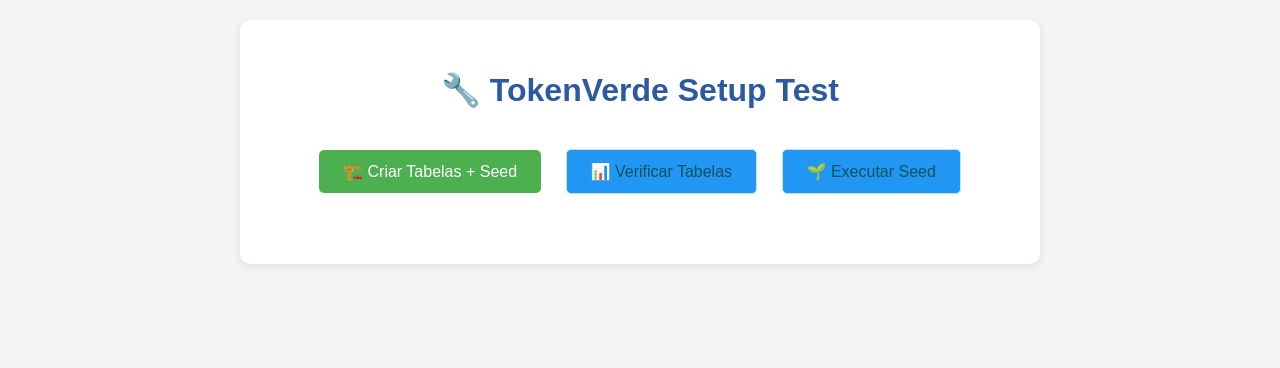
Repository: farukzahra/tokenverde
Page: test-setup.html
An editor plug-in stored every save of this project. The page is shown before and after the next save, followed by the edit.
The browser window is 1280 px wide. The pictures show the whole page.

Above is the page before, as saved 2025-07-29 15:58:49.

### test-setup.html
<!DOCTYPE html>
<html lang="pt-BR">
<head>
    <meta charset="UTF-8">
    <meta name="viewport" content="width=device-width, initial-scale=1.0">
    <title>TokenVerde Setup Test</title>
    <style>
        body {
            font-family: Arial, sans-serif;
            max-width: 800px;
            margin: 0 auto;
            padding: 20px;
            background-color: #f5f5f5;
        }
        .container {
            background: white;
            padding: 30px;
            border-radius: 10px;
            box-shadow: 0 2px 10px rgba(0,0,0,0.1);
        }
        h1 {
            color: #2c5aa0;
            text-align: center;
            margin-bottom: 30px;
        }
        .button {
            background: #4CAF50;
            color: white;
            padding: 12px 24px;
            border: none;
            border-radius: 5px;
            cursor: pointer;
            margin: 10px;
            font-size: 16px;
        }
        .button:hover {
            background: #45a049;
        }
        .button.danger {
            background: #f44336;
        }
        .button.danger:hover {
            background: #da190b;
        }
        .button.info {
            background: #2196F3;
        }
        .button.info:hover {
            background: #0b7dda;
        }
        .result {
            margin-top: 20px;
            padding: 15px;
            border-radius: 5px;
            white-space: pre-wrap;
            font-family: monospace;
            font-size: 14px;
        }
        .success {
            background: #d4edda;
            border: 1px solid #c3e6cb;
            color: #155724;
        }
        .error {
            background: #f8d7da;
            border: 1px solid #f5c6cb;
            color: #721c24;
        }
        .info {
            background: #d1ecf1;
            border: 1px solid #bee5eb;
            color: #0c5460;
        }
    </style>
</head>
<body>
    <div class="container">
        <h1>🔧 TokenVerde Setup Test</h1>

        <div style="text-align: center; margin-bottom: 30px;">
            <button class="button" onclick="createTables()">🏗️ Criar Tabelas + Seed</button>
            <button class="button info" onclick="checkTables()">📊 Verificar Tabelas</button>
            <button class="button info" onclick="runSeed()">🌱 Executar Seed</button>
        </div>

        <div id="result"></div>
    </div>

    <script>
        const API_BASE = 'https://tokenverde-backend.onrender.com';

        function showResult(message, type = 'info') {
            const resultDiv = document.getElementById('result');
            resultDiv.className = `result ${type}`;
            resultDiv.textContent = message;
        }

        async function createTables() {
            try {
                showResult('🔄 Criando tabelas e executando seed...', 'info');

                const response = await fetch(`${API_BASE}/api/setup/create-tables`, {
                    method: 'POST',
                    headers: {
                        'Content-Type': 'application/json'
                    }
                });

                const data = await response.json();

                if (response.ok) {
                    showResult(`✅ Sucesso!\n\n${JSON.stringify(data, null, 2)}`, 'success');
                } else {
                    showResult(`❌ Erro: ${data.message}\n\n${JSON.stringify(data, null, 2)}`, 'error');
                }
            } catch (error) {
                showResult(`❌ Erro de conexão: ${error.message}`, 'error');
            }
        }

        async function checkTables() {
            try {
                showResult('🔄 Verificando tabelas...', 'info');

                const response = await fetch(`${API_BASE}/api/setup/check-tables`);
                const data = await response.json();

                if (response.ok) {
                    showResult(`✅ Tabelas encontradas!\n\n${JSON.stringify(data, null, 2)}`, 'success');
                } else {
                    showResult(`❌ Erro: ${data.message}\n\n${JSON.stringify(data, null, 2)}`, 'error');
                }
            } catch (error) {
                showResult(`❌ Erro de conexão: ${error.message}`, 'error');
            }
        }

        async function runSeed() {
            try {
                showResult('🔄 Executando seed...', 'info');

                const response = await fetch(`${API_BASE}/api/setup/run-seed`, {
                    method: 'POST',
                    headers: {
                        'Content-Type': 'application/json'
                    }
                });

                const data = await response.json();

                if (response.ok) {
                    showResult(`✅ Seed executado!\n\n${JSON.stringify(data, null, 2)}`, 'success');
                } else {
                    showResult(`❌ Erro: ${data.message}\n\n${JSON.stringify(data, null, 2)}`, 'error');
                }
            } catch (error) {
                showResult(`❌ Erro de conexão: ${error.message}`, 'error');
            }
        }
    </script>
</body>
</html>

After the next save:
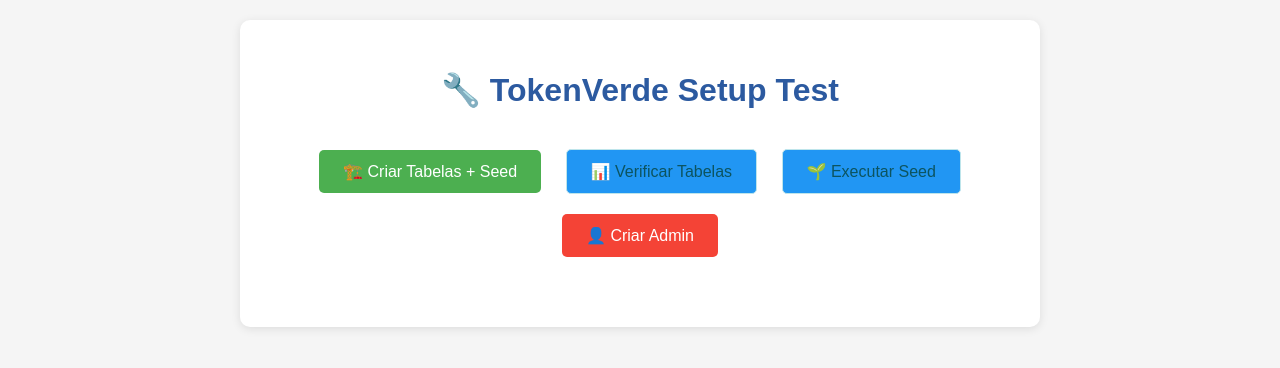
Saved 8 s later.
--- a/test-setup.html
+++ b/test-setup.html
@@ -81,6 +81,7 @@
             <button class="button" onclick="createTables()">🏗️ Criar Tabelas + Seed</button>
             <button class="button info" onclick="checkTables()">📊 Verificar Tabelas</button>
             <button class="button info" onclick="runSeed()">🌱 Executar Seed</button>
+            <button class="button danger" onclick="createAdmin()">👤 Criar Admin</button>
         </div>
 
         <div id="result"></div>
